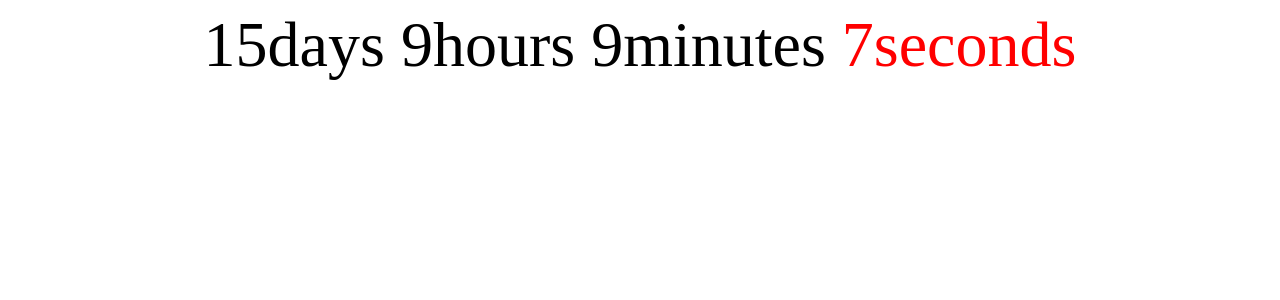
Repository: sinarinzifabrice/Events
Page: index.html
An editor plug-in stored every save of this project. The page is shown before and after the next save, followed by the edit.
The browser window is 1280 px wide. The pictures show the whole page.

Above is the page before, as saved 2024-05-16 09:47:27.

After the next save:
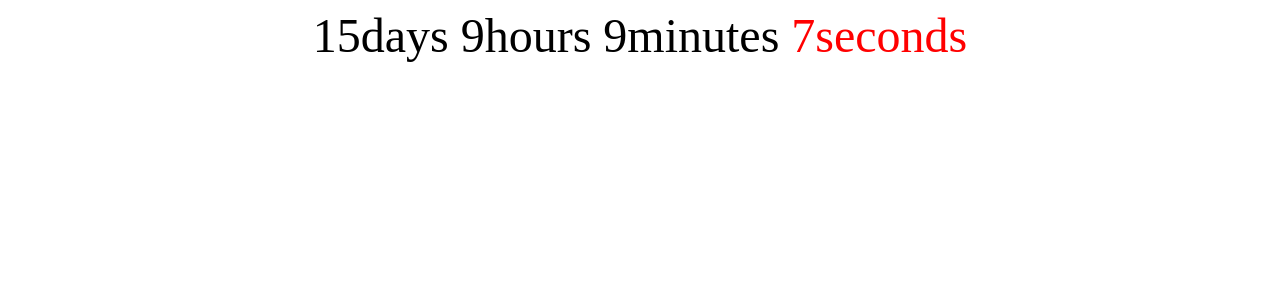
Saved 3 min 14 s later.
--- a/index.html
+++ b/index.html
@@ -6,7 +6,7 @@
   <title>Countdown Timer</title>
   <style>
     #countdown {
-      font-size: 4em;
+      font-size: 3em;
       text-align: center;
     }
     .red {
